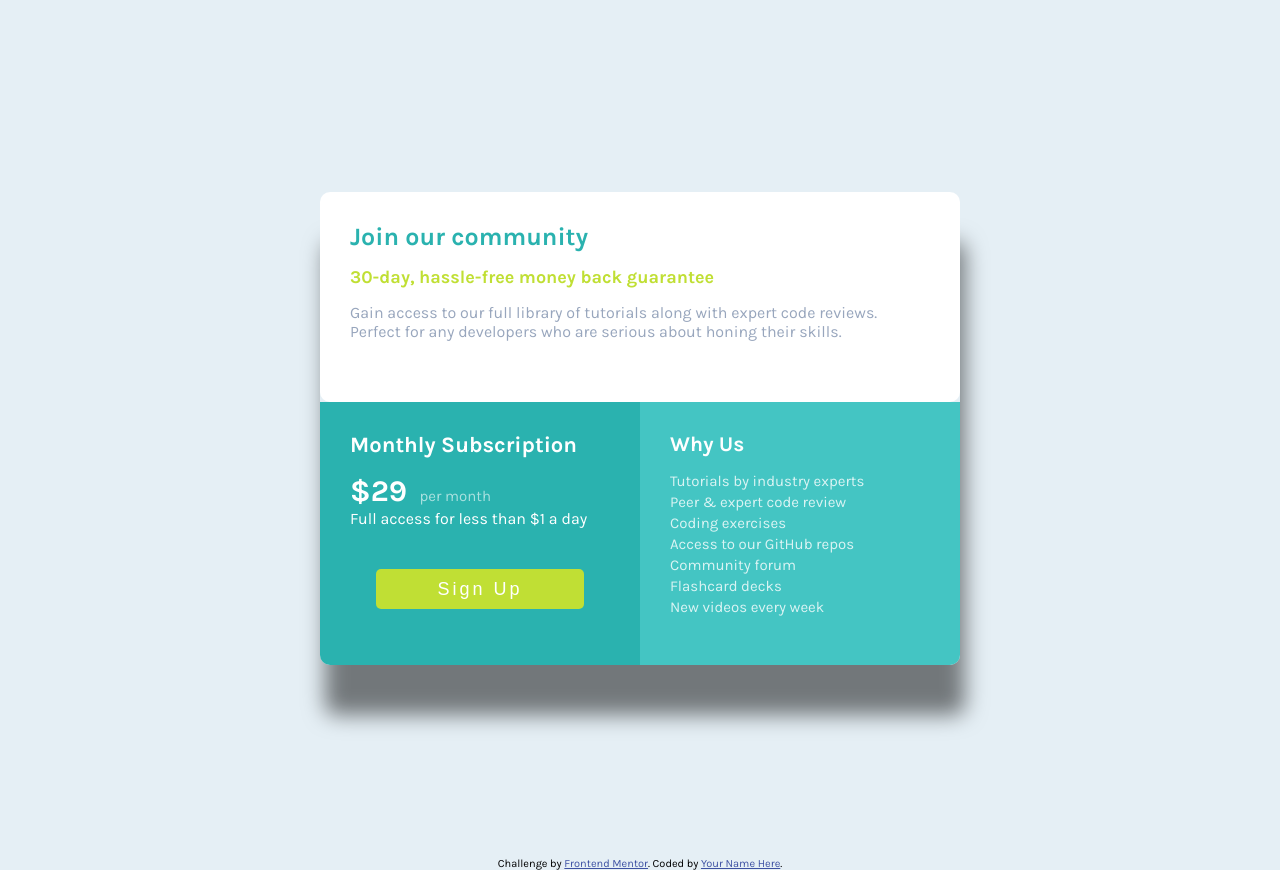
Repository: Pedrohamoura-Git/Frontend-Mentor-Challenges
Page: Newbie/single-price-grid-component-master/index.html
An editor plug-in stored every save of this project. The page is shown before and after the next save, followed by the edit.
The browser window is 1280 px wide. The pictures show the whole page.

Above is the page before, as saved 2021-05-31 16:01:05.

After the next save:
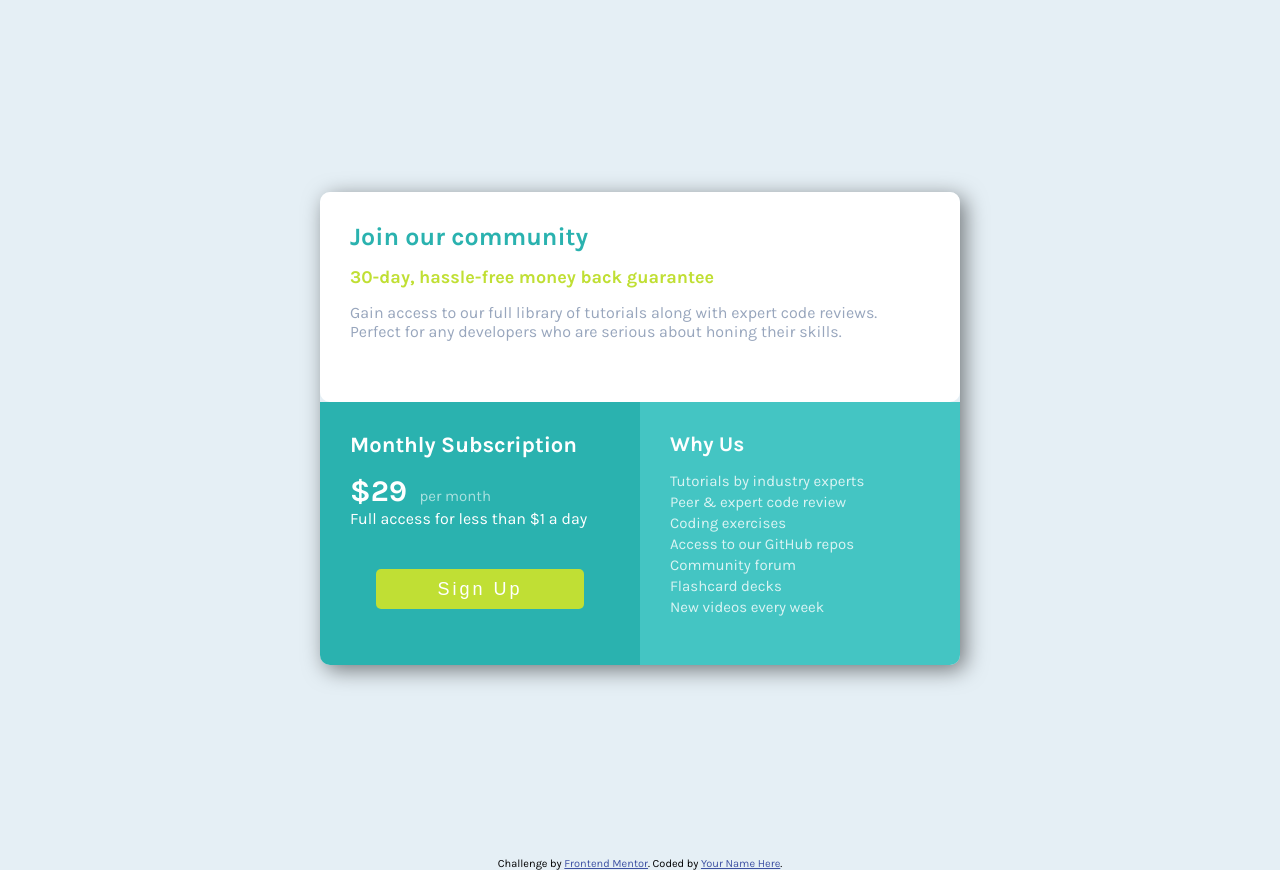
Saved 6 s later.
--- a/Newbie/single-price-grid-component-master/css/style.css
+++ b/Newbie/single-price-grid-component-master/css/style.css
@@ -24,7 +24,7 @@
 */
     #wrapper {
         border-radius: 1rem;
-        box-shadow: 5px 50px 21px rgba(0, 0, 0, .5);
+        box-shadow: 5px 5px 21px rgba(0, 0, 0, .5);
         display: grid;
         grid-template-rows: repeat(auto-fit, minmax(200px, 1fr));
         margin: 15% auto;
